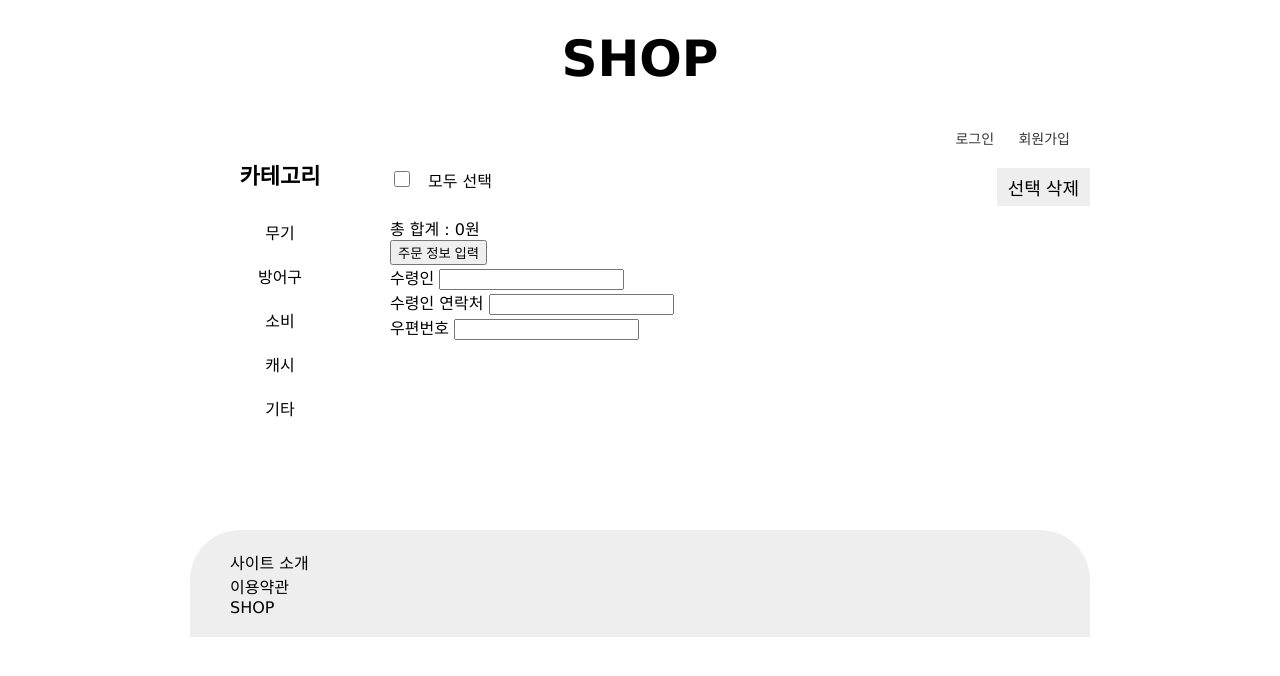
Repository: leesoonyong/shopping-mall
Page: http://localhost/shop/WEB-INF/views/shop/cartList.jsp
These files come from the project's save history. The page is drawn as it stood at one moment and after the next save; the edit follows.
The browser window is 1280 px wide. The pictures show the whole page.
The page is served by Tomcat 9. Nobody is signed in. Other server files are loaded and not shown. The template is opened directly, without the code that normally fills it, so the values that code supplies are empty.

Above is the page before, as saved 2020-09-15 03:04:44.

### shop/src/main/webapp/WEB-INF/views/shop/cartList.jsp
<%@ taglib uri="http://java.sun.com/jsp/jstl/core" prefix="c" %>
<%@ taglib prefix="fmt" uri="http://java.sun.com/jsp/jstl/fmt"%>
<%@ page language="java" contentType="text/html; charset=UTF-8" pageEncoding="UTF-8"%>
<!DOCTYPE html>
<html>
<head>
<meta charset="UTF-8">
<script src='https://code.jquery.com/jquery-3.3.1.min.js'></script>
<style>
body {
	margin: 0;
	padding: 0;
	font-family: '맑은 고딕', verdana;
}

a {
	color: #05f;
	text-decoration: none;
}

a:hover {
	text-decoration: underline;
}

h1, h2, h3, h4, h5, h6 {
	margin: 0;
	padding: 0;
}

ul, lo, li {
	margin: 0;
	padding: 0;
	list-style: none;
}

/* ---------- */
div#root {
	width: 900px;
	margin: 0 auto;
}

header#header {

}

nav#nav {

}

section#container {

}

section#content {
	float: right;
	width: 700px;
}

aside#aside {
	float: left;
	width: 180px;
}

section#container::after {
	content: "";
	display: block;
	clear: both;
}

footer#footer {
	background: #eee;
	padding: 20px;
}

/* ---------- */
header#header div#header_box {
	text-align: center;
	padding: 30px 0;
}

header#header div#header_box h1 {
	font-size: 50px;
}

header#header div#header_box h1 a {
	color: #000;
}

nav#nav div#nav_box {
	font-size: 14px;
	padding: 10px;
	text-align: right;
}

nav#nav div#nav_box li {
	display: inline-block;
	margin: 0 10px;
}

nav#nav div#nav_box li a {
	color: #333;
}

section#container {

}

aside#aside h3 {
	font-size: 22px;
	margin-bottom: 20px;
	text-align: center;
}

aside#aside li {
	font-size: 16px;
	text-align: center;
}

aside#aside li a {
	color: #000;
	display: block;
	padding: 10px 0;
}

aside#aside li a:hover {
	text-decoration: none;
	background: #eee;
}

footer#footer {
	margin-top: 100px;
	border-radius: 50px 50px 0 0;
}

footer#footer div#footer_box {
	padding: 0 20px;
}

aside#aside li {
	position: relative;
}

aside#aside li:hover {
	background: #eee;
}

aside#aside li>ul.low {
	display: none;
	position: absolute;
	top: 0;
	left: 180px;
}

aside#aside li:hover>ul.low {
	display: block;
}

aside#aside li:hover>ul.low li a {
	background: #eee;
	border: 1px solid #eee;
}

aside#aside li:hover>ul.low li a:hover {
	background: #fff;
}

aside#aside li>ul.low li {
	width: 180px;
}
/*
section#content ul li {
	display: inline-block;
	margin: 10px;
}

section#content div.goodsThumb img {
	width: 200px;
	height: 200px;
}

section#content div.goodsName {
	padding: 10px 0;
	text-align: center;
}

section#content div.goodsName a {
	color: #000;
}
*/
 section#content ul li { margin:10px 0; }
 section#content ul li img { width:250px; height:250px; }
 section#content ul li::after { content:""; display:block; clear:both; }
 section#content div.thumb { float:left; width:250px; }
 section#content div.gdsInfo { float:right; width:calc(100% - 270px); }
 section#content div.gdsInfo { font-size:20px; line-height:2; }
 section#content div.gdsInfo span { display:inline-block; width:100px; font-weight:bold; margin-right:10px; }
 section#content div.gdsInfo .delete { text-align:right; }
 section#content div.gdsInfo .delete button { font-size:22px;
            padding:5px 10px; border:1px solid #eee; background:#eee;}



.allCheck { float:left; width:200px; }
.allCheck input { width:16px; height:16px; }
.allCheck label { margin-left:10px; }
.delBtn { float:right;  text-align:right; }
.delBtn button { font-size:18px; padding:5px 10px; border:1px solid #eee; background:#eee;}

.checkBox { width:30px; }
.checkBox input { width:16px; height:16px; }

.listResult { padding:20px; background:#eee; }
.listResult .sum { float:left; width:45%; font-size:22px; }

.listResult .orderOpne { float:right; width:45%; text-align:right; }
.listResult .orderOpne button { font-size:18px; padding:5px 10px; border:1px solid #999; background:#fff;}
.listResult::after { content:""; display:block; clear:both; }

</style>
</head>
<body>
<div id="root">
	<header id="header">
		<div id="header_box">
			<%@ include file="../include/header.jsp" %>
		</div>
	</header>

	<nav id="nav">
		<div id="nav_box">
			<%@ include file="../include/nav.jsp" %>
		</div>
	</nav>

	<section id="container">
		<aside id="aside">
			<%@ include file="../include/aside.jsp" %>
		</aside>
		<div id="container_box">
			<section id="content">
					<ul>
						<li>
							<div class="allCheck">
								<input type="checkbox" name="allCheck" id="allCheck" />
								<label	for="allCheck">모두 선택</label>
								<script>
									$("#allCheck").click(function(){
										 var chk = $("#allCheck").prop("checked");
										 if(chk) {
										  $(".chBox").prop("checked", true);
										 } else {
										  $(".chBox").prop("checked", false);
										 }
									});
								</script>
							</div>

							<div class="delBtn">
								<button type="button" class="selectDelete_btn">선택 삭제</button>

								<script>
								$(".selectDelete_btn").click(function(){
									var confirm_val = confirm("정말 삭제하시겠습니까?");

									if(confirm_val){
										var checkArr = new Array();

										$("input[class='chBox']:checked").each(function(){
											checkArr.push($(this).attr("data-cartNum"));
										});

										$.ajax({
											url : "/shop/deleteCart",
											type : "post",
											data : {
												chbox : checkArr
											},
											success : function(result){
												if(result == 1){
													location.href = "/shop/cartList";
												}else{
													alert("삭제 실패");
												}
											}
										});
									}
								});



								</script>
							</div>

						</li>
						<c:set var="sum" value="0"/>
						<c:forEach items="${cartList}" var="cartList">
							<li>
								<div class="checkBox">
									<input type="checkbox" name="chBox" class="chBox" data-cartNum="${cartList.cartNum}" />
									<script>
										$(".chBox").click(function(){
											$("#allCheck").prop("checked", false);
										});
									</script>
								</div>

								<div class="thumb">
									<img src="${cartList.gdsThumbImg}" />
								</div>
								<div class="gdsInfo">
									<p>
										<span>상품명</span>${cartList.gdsName}<br />
										<span>개당 가격</span>
										<fmt:formatNumber pattern="###,###,###" value="${cartList.gdsPrice}"/> 원<br />
										<span>구입 수량</span>${cartList.cartStock} 개<br />
										<span>최종가격</span>
										<fmt:formatNumber pattern="###,###,###" value="${cartList.gdsPrice * cartList.cartStock}" /> 원
									</p>

									<div class="delete">
										<button type="button" class="delete_${cartList.cartNum}_btn" data-cartNum="${cartList.cartNum}">삭제</button>
										<script>
											$(".delete_${cartList.cartNum}_btn").click(function(){
												var confirm_val = confirm("정말 삭제하시겠습니까?");

												if(confirm_val){
													var checkArr = new Array();

													checkArr.push($(this).attr("data-cartNum"));


													$.ajax({
														url : "/shop/deleteCart",
														type : "post",
														data : {
															chbox : checkArr
														},
														success : function(result){
															if(result == 1){
																location.href = "/shop/cartList";
															}else{
																alert("삭제 실패");
															}
														}
													});
												}
											});
										</script>
									</div>
								</div>
							</li>
						<c:set var="sum" value="${sum + (cartList.gdsPrice * cartList.cartStock)}"/>
						</c:forEach>
					</ul>
					<div class="listReulst">
						<div class="sum">
							총 합계 : <fmt:formatNumber pattern="###,###,###" value="${sum}"/>원
						</div>
						<div class="orderOpne">
							<button type="button" class="orderOpne_bnt">주문 정보 입력</button>
						</div>
					</div>
					<div class="orderInfo">
						<form method="post">
							<input type="hidden" name="amount" value="${sum}"/>

							<div class="inputArea">
								<label for="">수령인</label>
								<input type="text" name="orderRec" id="orderRec" required="required"/>
							</div>

							<div class="inputArea">
								<label for="orderPhon">수령인 연락처</label>
								<input type="text" name="orderRec" id="orderRec" required="required"/>
							</div>

							<div class="inputArea">
								<label for="userAddr">우편번호</label>
								<input type="text" name="userAddr1" id="userAddr1" required="required"/>
							</div>
						</form>

					</div>
				</section>
		</div>
	</section>

	<footer id="footer">
		<div id="footer_box">
			<%@ include file="../include/footer.jsp" %>
		</div>
	</footer>
</div>
</body>
</html>

### shop/src/main/webapp/WEB-INF/views/include/header.jsp
<%@ taglib uri="http://java.sun.com/jsp/jstl/core" prefix="c" %>
<%@ page language="java" contentType="text/html; charset=UTF-8" pageEncoding="UTF-8"%>
<h1 class="title">
	<a href="/">SHOP</a>
</h1>

### shop/src/main/webapp/WEB-INF/views/include/nav.jsp
<%@ taglib uri="http://java.sun.com/jsp/jstl/core" prefix="c" %>
<%@ page language="java" contentType="text/html; charset=UTF-8" pageEncoding="UTF-8"%>
<ul>
<c:if test="${member == null}">
	<li>
		<a href="/member/signIn">로그인</a>
	</li>
	<li>
		<a href="/member/signUp">회원가입</a>
	</li>
</c:if>
<c:if test="${member != null}">
	<c:if test="${member.verify == 9}">
	<li>
		<a href="/admin/index">관리자 화면</a>
	</li>
	</c:if>
	<li>
		${member.userName}님 환영합니다.
	</li>
	<li>
		<a href="/shop/cartList">카트 리스트</a>
	</li>
	<li>
		<a href="/member/signOut">로그아웃</a>
	</li>
</c:if>
</ul>

### shop/src/main/webapp/WEB-INF/views/include/aside.jsp
<%@ taglib uri="http://java.sun.com/jsp/jstl/core" prefix="c" %>
<%@ page language="java" contentType="text/html; charset=UTF-8" pageEncoding="UTF-8"%>

<h3>카테고리</h3>
<ul>
	<li><a href="/shop/list?c=100&l=1">무기</a>
		<ul class="low">
			<li><a href="/shop/list?c=101&l=2">아케인셰이드</a></li>
			<li><a href="/shop/list?c=102&l=2">앱솔랩스</a></li>
			<li><a href="/shop/list?c=103&l=2">파프니르</a></li>
			<li><a href="/shop/list?c=104&l=2">펜살리르</a></li>
			<li><a href="/shop/list?c=105&l=2">무스펠</a></li>
			<li><a href="/shop/list?c=106&l=2">네크로</a></li>
		</ul>
	</li>
	<li><a href="/shop/list?c=200&l=1">방어구</a>
		<ul class="low">
			<li><a href="/shop/list?c=201&l=2">아케인셰이드</a></li>
			<li><a href="/shop/list?c=202&l=2">앱솔랩스</a></li>
			<li><a href="/shop/list?c=203&l=2">파프니르</a></li>
			<li><a href="/shop/list?c=204&l=2">펜살리르</a></li>
			<li><a href="/shop/list?c=205&l=2">무스펠</a></li>
			<li><a href="/shop/list?c=206&l=2">네크로</a></li>
		</ul>
	</li>
	<li><a href="/shop/list?c=300&l=1">소비</a>
		<ul class="low">
			<li><a href="/shop/list?c=301&l=2">회복 아이템</a></li>
			<li><a href="/shop/list?c=302&l=2">연금술 아이템</a></li>
			<li><a href="/shop/list?c=303&l=2">주문서</a></li>
			<li><a href="/shop/list?c=304&l=2">스킬북</a></li>
			<li><a href="/shop/list?c=305&l=2">기타</a></li>
		</ul>
	</li>
	<li><a href="/shop/list?c=400&l=1">캐시</a>
		<ul class="low">
			<li><a href="/shop/list?c=401&l=2">강화</a></li>
			<li><a href="/shop/list?c=402&l=2">게임</a></li>
			<li><a href="/shop/list?c=403&l=2">코디</a></li>
			<li><a href="/shop/list?c=404&l=2">뷰티</a></li>
			<li><a href="/shop/list?c=405&l=2">펫</a></li>
			<li><a href="/shop/list?c=406&l=2">기타</a></li>
		</ul>

	</li>
	<li><a href="/shop/list?c=500&l=1">기타</a>
		<ul class="low">
			<li><a href="/shop/list?c=501&l=2">의자</a></li>
			<li><a href="/shop/list?c=502&l=2">전문기술</a></li>
		</ul>
	</li>
</ul>

### shop/src/main/webapp/WEB-INF/views/include/footer.jsp
<%@ taglib uri="http://java.sun.com/jsp/jstl/core" prefix="c" %>
<%@ page language="java" contentType="text/html; charset=UTF-8" pageEncoding="UTF-8"%>
<ul>
	<li>사이트 소개</li>
	<li>이용약관</li>
	<li>SHOP</li>
</ul>

After the next save:
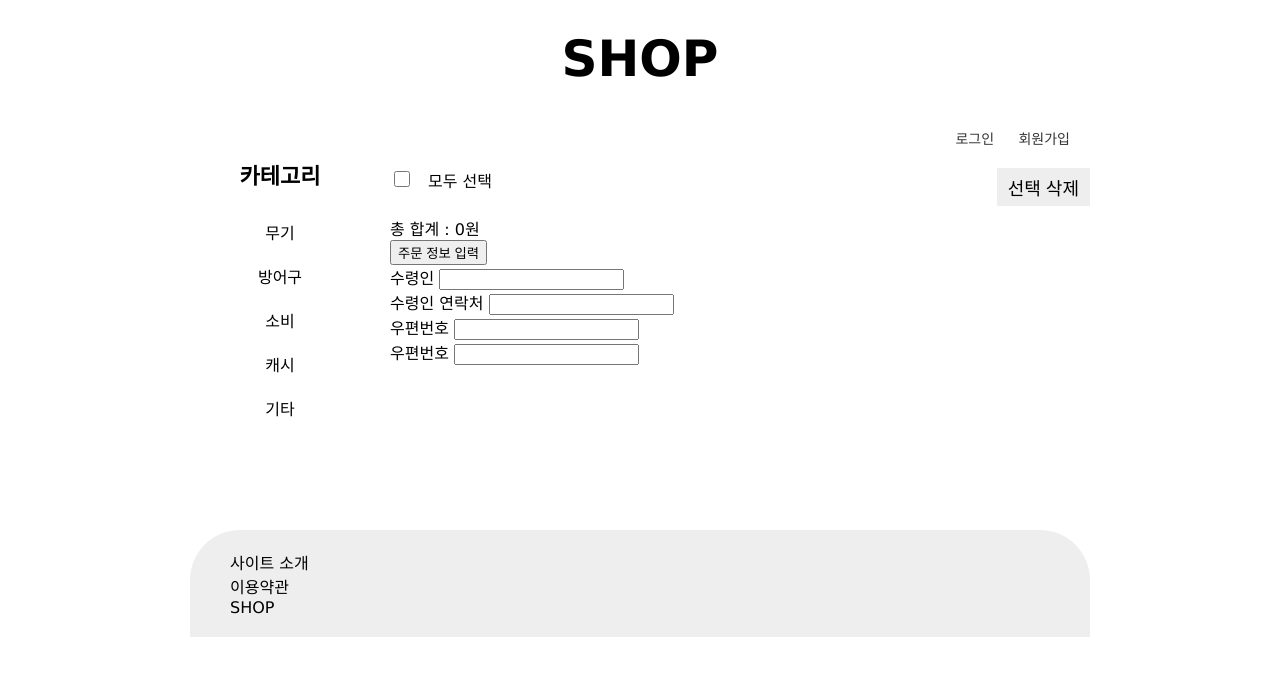
Saved 7 s later.
--- a/shop/src/main/webapp/WEB-INF/views/shop/cartList.jsp
+++ b/shop/src/main/webapp/WEB-INF/views/shop/cartList.jsp
@@ -378,6 +378,11 @@ section#content div.goodsName a {
 								<label for="userAddr">우편번호</label>
 								<input type="text" name="userAddr1" id="userAddr1" required="required"/>
 							</div>
+
+							<div class="inputArea">
+								<label for="userAddr">우편번호</label>
+								<input type="text" name="userAddr1" id="userAddr1" required="required"/>
+							</div>
 						</form>
 
 					</div>
